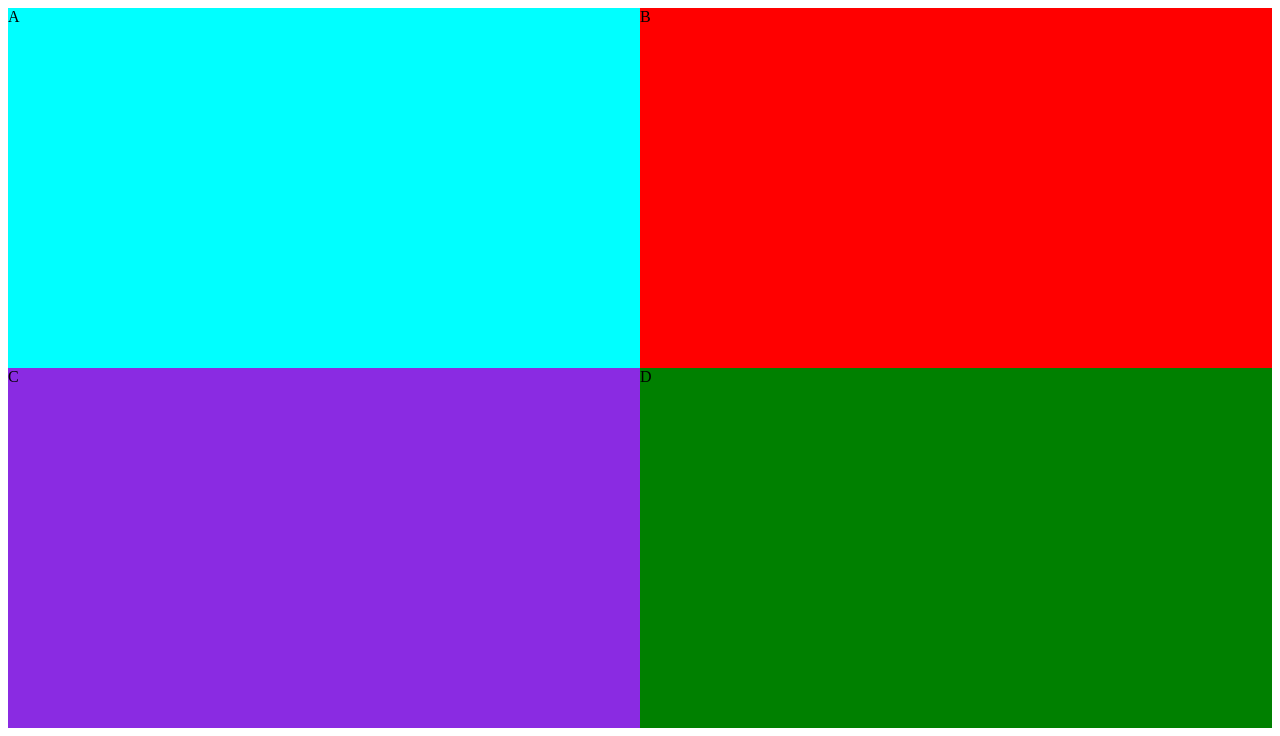
Repository: AriyiiA/ariyiia.github.io
Page: contact.html
These files come from the project's save history. The page is drawn as it stood at one moment and after a run of saves; the edit follows.
The browser window is 1280 px wide. The pictures show the whole page.
Some web libraries are served in a nearby version.

Above is the page before, as saved 2023-03-10 11:43:53.

After the next 2 saves:
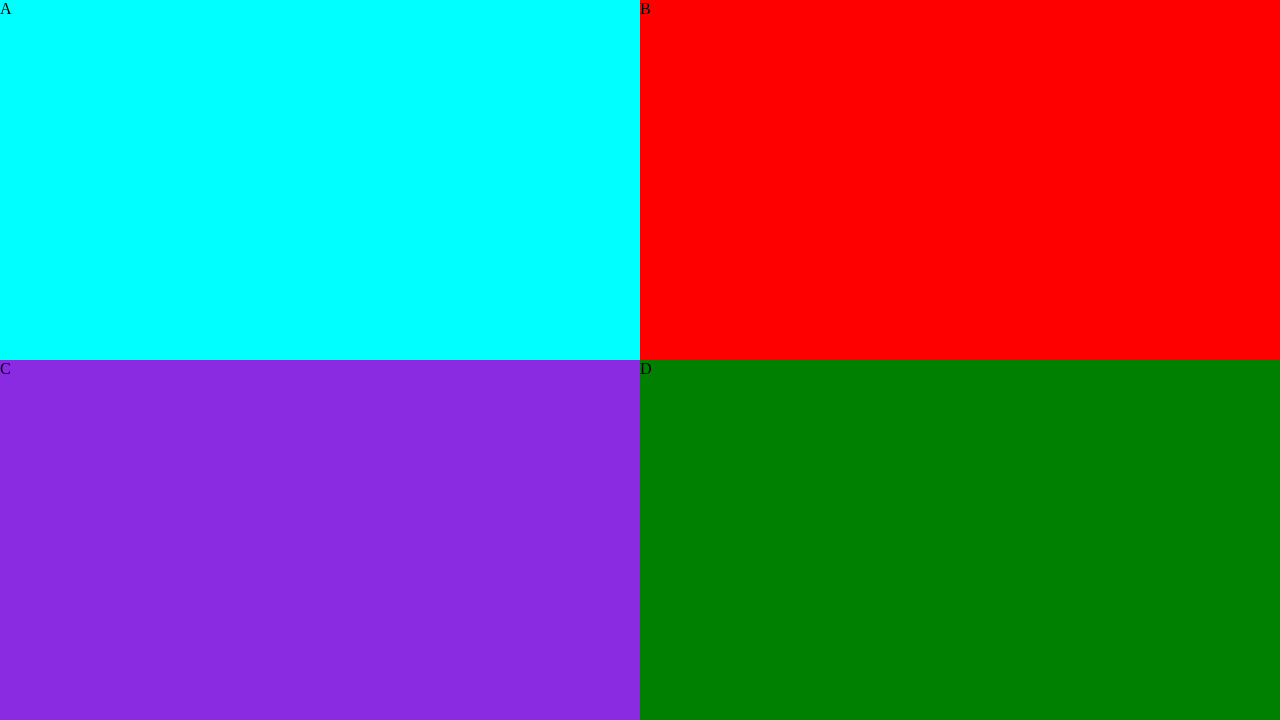
The 2 saves are shown as one change because they came seconds apart.
The last was saved 58 s later.
--- a/src/contact.css
+++ b/src/contact.css
@@ -1,3 +1,8 @@
+*
+{
+    margin: 0;
+    padding: 0;
+}
 .container
 {
     display: grid;
